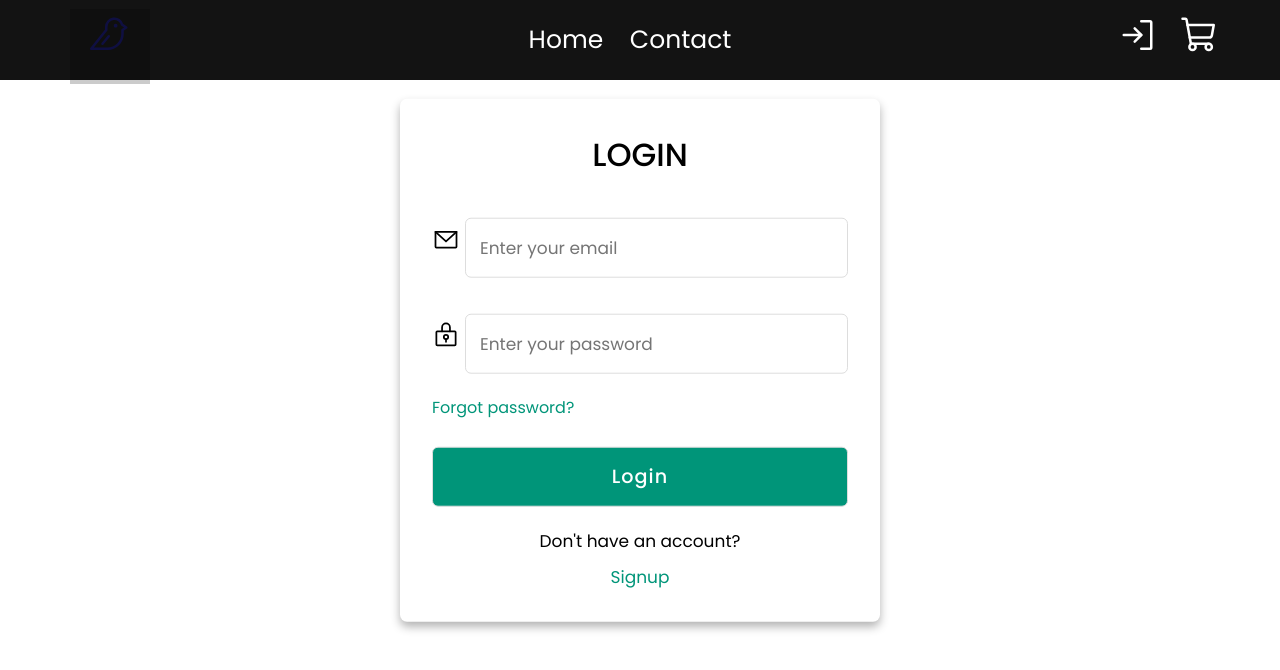
Repository: hoangdanh2/swp301
Page: /register
These files come from the project's save history. The page is drawn as it stood at one moment and after the next save; the edit follows.
The browser window is 1280 px wide. The pictures show the whole page.
The pointer rests on the first visible `.links a`.
The project was rebuilt for these pictures with package versions that can differ from the ones it lists, and the page was loaded fresh each time. Also part of the build but not shown: src/pages/shop/product.jsx, src/pages/shop/shop.css, src/pages/shop/shop.jsx, src/pages/contact/contact.jsx, src/pages/cart/cart-item.jsx, src/pages/cart/cart.css, src/pages/cart/cart.jsx.

Above is the page before, as saved 2023-05-29 12:59:28.

### src/App.js
import './App.css';
import { BrowserRouter as Router, Routes, Route } from "react-router-dom";
import { Navbar } from "./components/navbar";
import { Register } from "./pages/register/register";
import { Shop } from "./pages/shop/shop";
import { Contact } from "./pages/contact/contact";
import { Cart } from "./pages/cart/cart";
import { ShopContextProvider } from './context/shop-context';


function App() {
  return (
    <div className = "App">
      <ShopContextProvider>
        <Router>
          <Navbar />
          <Routes>
            <Route path = "/register" element = {<Register />} />
            <Route path = "/" element = {<Shop />} />
            <Route path = "/contact" element = {<Contact />} />
            <Route path = "/cart" element = {<Cart />} />
          </Routes>
        </Router>
      </ShopContextProvider>
    </div>
  );
}

export default App;

### src/App.css
.App {
  width: 100%;
  height: auto;
  min-height: 100vh;
  font-family: 'Segoe UI', Tahoma, Geneva, Verdana, sans-serif;
}

body {
  padding: 0;
  margin: 0;
}

### src/components/navbar.jsx
import React from "react";
import { Link } from "react-router-dom";
import { ShoppingCart, Bird, SignIn } from "phosphor-react";
import "./navbar.css";

export const Navbar = () => {
  return (
    <div className="navbar">
      <div className="links">
        <div className="icon">
          <Link to="/">
            <Bird size={40} />
          </Link>
        </div>
        <div className="middle">
          <Link to="/"> Home </Link>
          <Link to="/contact"> Contact</Link>
        </div>
        <div className="end">
            <Link to="/register">
                <SignIn size={40}/>
            </Link>
          <Link to="/cart">
            <ShoppingCart size={40} />
          </Link>
        </div>
      </div>
    </div>
  );
};

### src/pages/register/register.jsx
import React from "react";
import { EnvelopeSimple,LockKey } from "phosphor-react";
import "./register.css";

export const Register = () => {
  return (
    <div className="container">
    <input type="checkbox" id="check"></input>
    <div className="login form">
      <header>LOGIN</header>
      <form action="#">
        <div className="login-form">
        <span className="icon-login"><EnvelopeSimple size={28}></EnvelopeSimple></span>
        <input type="text" id="email" placeholder="Enter your email" required></input>
        <span className="icon-login"><LockKey size={28}></LockKey></span>
        <input type="password" id="password" placeholder="Enter your password" required></input>
        </div>
        <a href="#">Forgot password?</a>
        <input type="button" className="button" value="Login"></input>
      </form>
      <div className="signup">
        <span className="signup">Don't have an account?
         <label for="check">Signup</label>
        </span>
      </div>
    </div>
    <div className="registration form">
      <header>SIGNUP</header>
      <form action="#">
        <div className="login-form">
        <span className="icon-login"><EnvelopeSimple size={28}></EnvelopeSimple></span>
        <input type="text" id="email" placeholder="Enter your email" required></input>
        <span className="icon-login"><LockKey size={28}></LockKey></span>
        <input type="password" id="password" placeholder="Create a password" required></input>
        <span className="icon-login"><LockKey size={28}></LockKey></span>
        <input type="password" id="password"  placeholder="Confirm your password" required></input>
        <input type="button" className="button" value="Signup" required></input>
        </div>
      </form>
      <div className="signup">
        <span className="signup">Already have an account?
         <label for="check">Login</label>
        </span>
      </div>
    </div>
  </div>
  );
};

### src/context/shop-context.jsx
import { createContext, useEffect, useState } from "react";
import { PRODUCTS } from "../products";

export const ShopContext = createContext(null);

const getDefaultCart = () => {
    let cart = {};
    for (let i = 1; i < PRODUCTS.length + 1; i++) {
        cart[i] = 0;
    }
    return cart;
}

export const ShopContextProvider = (props) => {
    const [cartItems, setCartItems] = useState(getDefaultCart());

    const getTotalCartAmount = () => {
        let totalAmount = 0;
        for (const item in cartItems) {
            if (cartItems[item] > 0) {
                let itemInfo = PRODUCTS.find((product) => product.id === Number(item));
                totalAmount += cartItems[item] *itemInfo.price;
            }
        }
        return totalAmount;
    };

    const addToCart = (itemId) => {
        setCartItems((prev) => ({ ...prev, [itemId]: prev[itemId] + 1}));
    };

    const removeFromCart = (itemId) => {
        setCartItems((prev) => ({ ...prev, [itemId]: prev[itemId] - 1}));
    };

    const updateCartItemCount = (newAmount, itemId) => {
        setCartItems((prev) => ({ ...prev, [itemId]: newAmount }));
    };

    const checkout = () => {
        setCartItems(getDefaultCart());
    };

    const contextValue = {
        cartItems,
        addToCart,
        updateCartItemCount,
        removeFromCart,
        getTotalCartAmount,
        checkout,
    };

    return (
        <ShopContext.Provider value={contextValue}>
            {props.children}
        </ShopContext.Provider>
    );
};

### src/components/navbar.css
.navbar {
    width: 100%;
    height: 80px;
    background-color: rgb(19, 19, 19);
    display: flex;
    justify-content: center;
    align-items: center;
}

.links {
    margin-right: 50px;
    display: flex;
    align-items: center;
    justify-content: space-between;
    width: 100%;
}

.icon {
    margin-left: 50px;
}

.end {
    padding: 0 10px;
}

.links a {
    text-decoration: none;
    color: white;
    margin-left: 20px;
    font-size: 25px;
}
.links a:hover {
    width: 100%;
    color: blue;
    background-color: black;
    opacity: 0.2;
    padding: 20px;
}

### src/pages/register/register.css
/* Import Google font - Poppins */
@import url('https://fonts.googleapis.com/css2?family=Poppins:wght@200;300;400;500;600;700&display=swap');
*{
  margin: 0;
  padding: 0;
  box-sizing: border-box;
  font-family: 'Poppins', sans-serif;
}

.container{
  position: absolute;
  top: 50%;
  left: 50%;
  transform: translate(-50%,-50%);
  max-width: 480px;
  width: 100%;
  background: #fff;
  border-radius: 7px;
  box-shadow: 0 5px 10px rgba(0,0,0,0.3);
}

.container .registration{
  display: none;
}

#check:checked ~ .registration{
  display: block;
}

#check:checked ~ .login{
  display: none;
}

#check{
  display: none;
}

.container .form{
  padding: 2rem;
}

.form header{
  font-size: 2rem;
  font-weight: 500;
  text-align: center;
  margin-bottom: 1.5rem;
}

 .form input{
   height: 60px;
   width: 92%;
   padding: 0 14px;
   font-size: 17px;
   margin-top: 15px;
   margin-bottom: 1.3rem;
   border: 1px solid #ddd;
   border-radius: 6px;
   outline: none;
 }

 .form input:focus{
   box-shadow: 0 1px 0 rgba(0,0,0,0.2);
 }

.form a{
  font-size: 16px;
  color: #009579;
  text-decoration: none;
}

.form a:hover{
  text-decoration: underline;
}

.form input.button{
  color: #fff;
  background: #009579;
  font-size: 1.2rem;
  font-weight: 500;
  letter-spacing: 1px;
  margin-top: 1.7rem;
  cursor: pointer;
  transition: 0.4s;
  width: 100%;
}

.form input.button:hover{
  background: #006653;
}

.signup{
  font-size: 17px;
  text-align: center;
}

.signup label{
  color: #009579;
  cursor: pointer;
}

.signup label:hover{
  text-decoration: underline;
}

.icon-login {
  margin-right: 5px;
}

### src/products.js
import product1 from "./assets/products/1.png";
import product2 from "./assets/products/1.png";
import product3 from "./assets/products/1.png";
import product4 from "./assets/products/1.png";
import product5 from "./assets/products/1.png";
import product6 from "./assets/products/1.png";
import product7 from "./assets/products/1.png";
import product8 from "./assets/products/1.png";

export const PRODUCTS = [
  {
    id: 1,
    productName: "Bird Food",
    price: 999.0,
    productImage: product1,
  },
  {
    id: 2,
    productName: "Bird Food",
    price: 1999.0,
    productImage: product2,
  },
  {
    id: 3,
    productName: "Bird Food",
    price: 699.0,
    productImage: product3,
  },
  {
    id: 4,
    productName: "Bird Food",
    price: 228.0,
    productImage: product4,
  },
  {
    id: 5,
    productName: "Bird Food",
    price: 19.99,
    productImage: product5,
  },
  {
    id: 6,
    productName: "Bird Food",
    price: 68.0,
    productImage: product6,
  },
  {
    id: 7,
    productName: "Bird Food",
    price: 120.0,
    productImage: product7,
  },
  {
    id: 8,
    productName: "Bird Food",
    price: 40.0,
    productImage: product8,
  },
];

### src/pages/contact/contact.css
.contact{
    max-width: 400px;
    margin: 0 auto;
    padding: 20px;
}
.title-contact{
    text-align: center;
}
label{
    display: block;
    margin-top: 10px;
}
.form-contact{

    text-align: center;
}
/*
input[type="text"],
input[type="email"],
input[type="message"],
textarea {
  width: 100%;
  padding: 8px;
  border: 1px solid #ccc;
  border-radius: 4px;
  box-sizing: border-box;
  margin-top: 5px;
  margin-bottom: 10px;
} */

input[type="submit"] {
    background-color: #4CAF50;
    color: white;
    padding: 10px 15px;
    border: none;
    border-radius: 4px;
    cursor: pointer;
    font-size: 16px;
  }

  input[type="submit"]:hover {
    background-color: #45a049;
  }

  textarea {
    height: 100px;
  }

Loaded but not shown: public/index.html (common file); src/index.js (common file); src/index.css (common file); src/reportWebVitals.js (common file); public/manifest.json (common file)

After the next save:
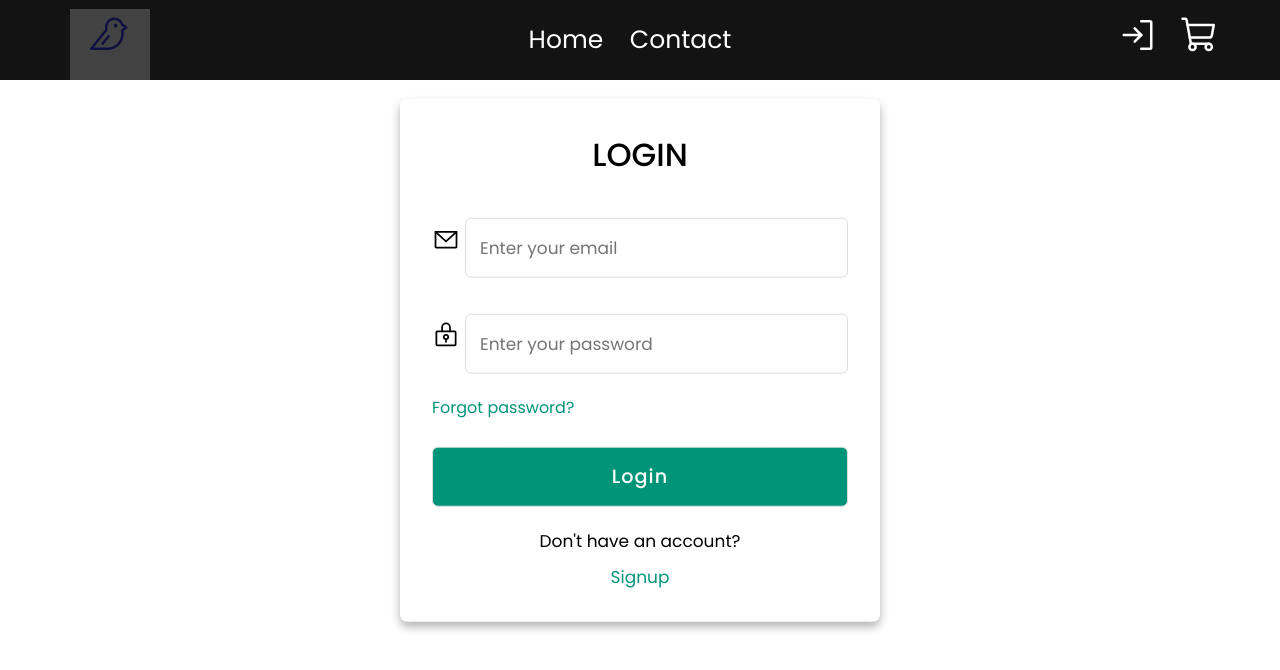
Saved 7 s later.
--- a/src/components/navbar.css
+++ b/src/components/navbar.css
@@ -32,7 +32,7 @@
 .links a:hover {
     width: 100%;
     color: blue;
-    background-color: black;
+    background-color: white;
     opacity: 0.2;
     padding: 20px;
 }
